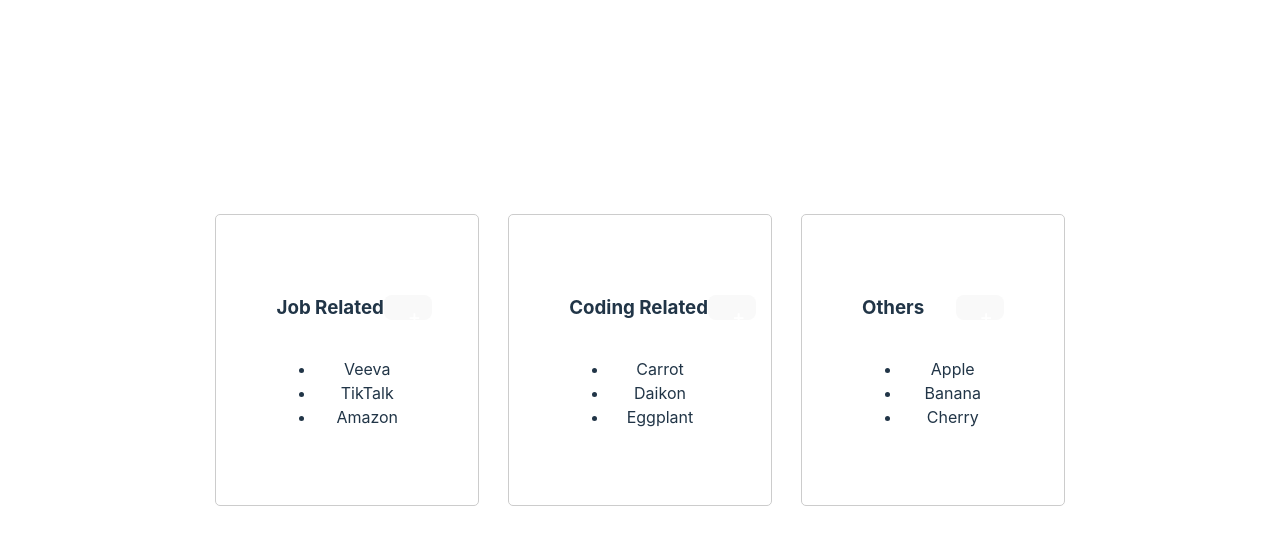
Repository: UofS-Jinhua/MyWebApp
Page: /
These files come from the project's save history. The page is drawn as it stood at one moment and after the next save; the edit follows.
The browser window is 1280 px wide. The pictures show the whole page.
The project was rebuilt for these pictures with package versions that can differ from the ones it lists, and the page was loaded fresh each time. Also part of the build but not shown: vite.config.js.

Above is the page before, as saved 2024-10-23 13:06:12.

After the next save:
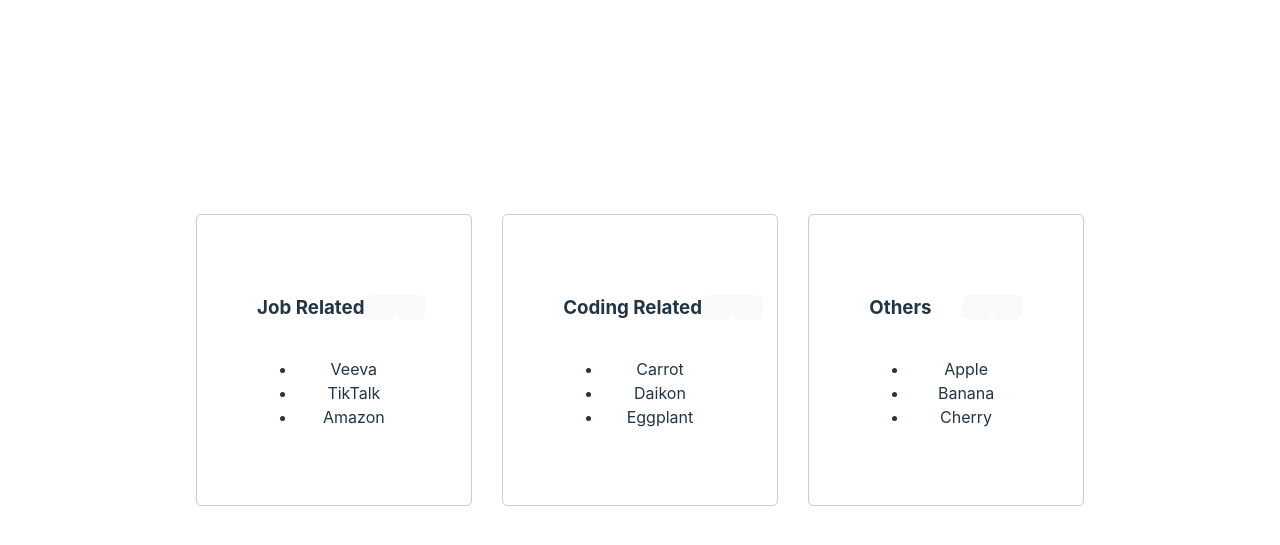
Saved 14 s later.
--- a/src/App.css
+++ b/src/App.css
@@ -31,7 +31,7 @@
   color: white;
   border: none;
   /* border-radius: 50%; */
-  width: 25px;
+  /* width: 25px; */
   height: 25px;
   font-size: 20px;
   line-height: 20px;

After the save that followed:
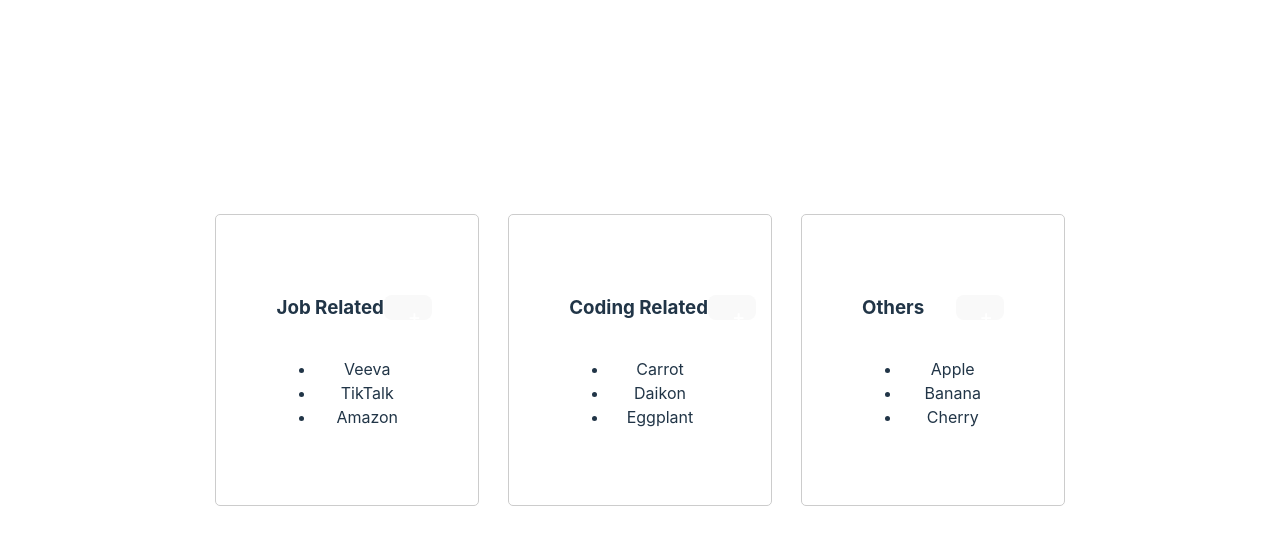
Saved 4 s later.
--- a/src/App.css
+++ b/src/App.css
@@ -31,7 +31,7 @@
   color: white;
   border: none;
   /* border-radius: 50%; */
-  /* width: 25px; */
+  width: 25px;
   height: 25px;
   font-size: 20px;
   line-height: 20px;
